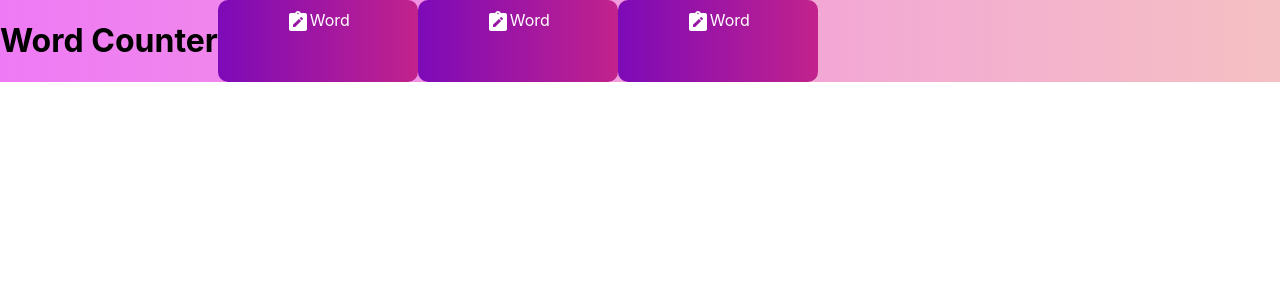
Repository: 123cuongcao/nopbai-basic
Page: /
The author's editor kept a copy of each file at every save. The page is drawn from the files as they stood at one save, then again after the next save.
The browser window is 1280 px wide. The pictures show the whole page.
The project was rebuilt for these pictures with package versions that can differ from the ones it lists, and the page was loaded fresh each time.

Above is the page before, as saved 2023-08-15 11:23:21.

After the next save:
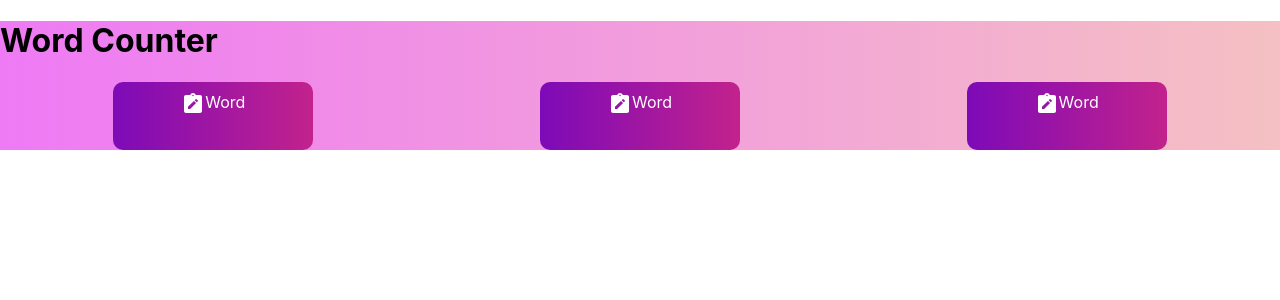
Saved 4 s later.
--- a/src/components/index.jsx
+++ b/src/components/index.jsx
@@ -6,7 +6,7 @@
     <div
       style={{
         background: "linear-gradient(to right,#e002ec86,#f3b6b9db",
-        display:'flex',
+
 
 
       }}
